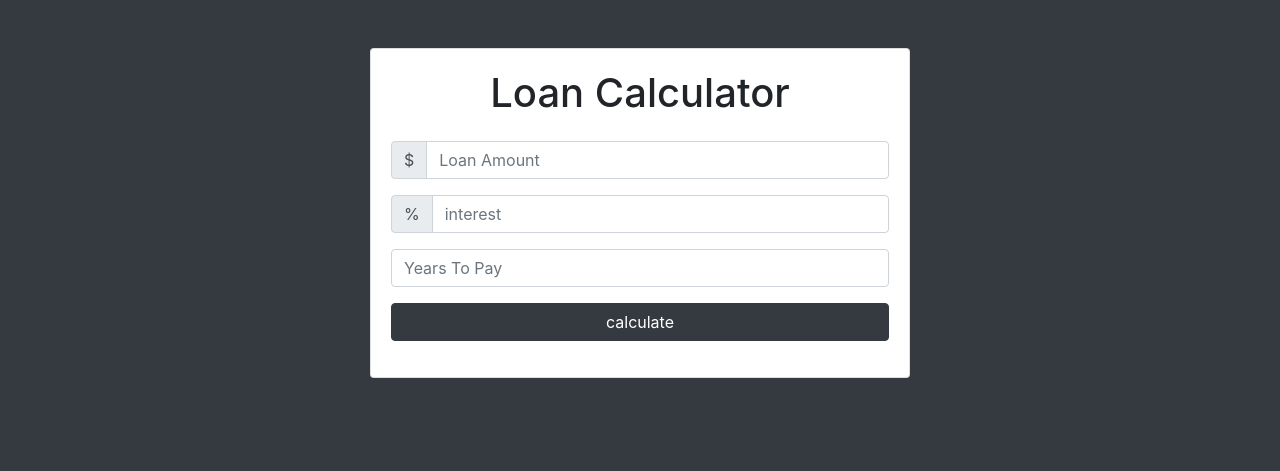
Repository: varun-project/LearningJs
Page: index.html
The author's editor kept a copy of each file at every save. The page is drawn from the files as they stood at one save, then again after the next save.
The browser window is 1280 px wide. The pictures show the whole page.

Above is the page before, as saved 2019-07-28 17:19:31.

After the next save:
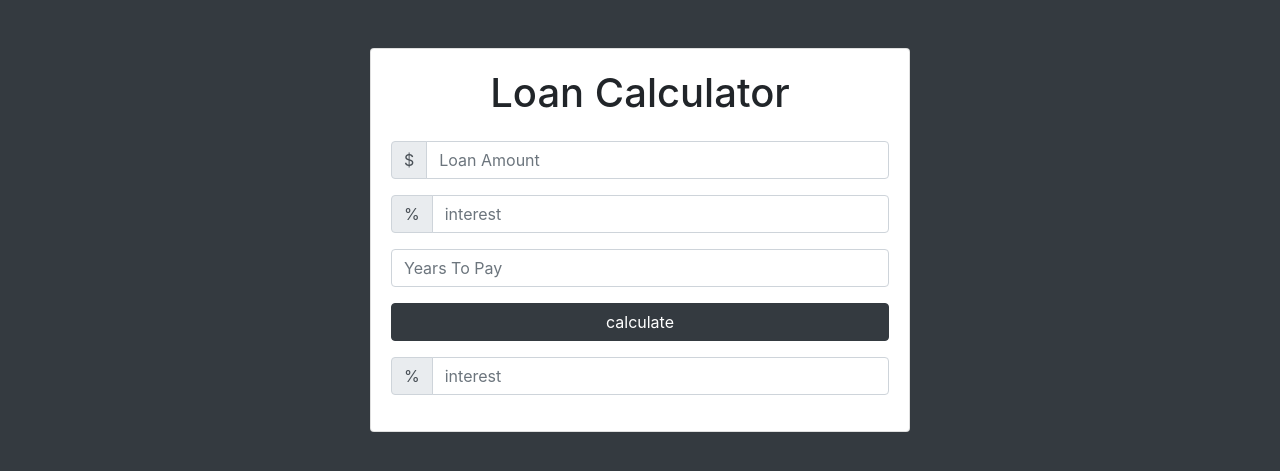
Saved 45 s later.
--- a/index.html
+++ b/index.html
@@ -69,6 +69,19 @@
             </form>
             <!-- LOADER HERE -->
             <!-- RESULTS -->
+            <div class="form-group">
+                <div class="input-group">
+                  <div class="input-group-prepend">
+                    <div class="input-group-text">%</div>
+                  </div>
+                  <input
+                    type="number"
+                    class="form-control"
+                    id="interest"
+                    placeholder="interest"
+                  />
+                </div>
+              </div>
 
           </div>
         </div>
